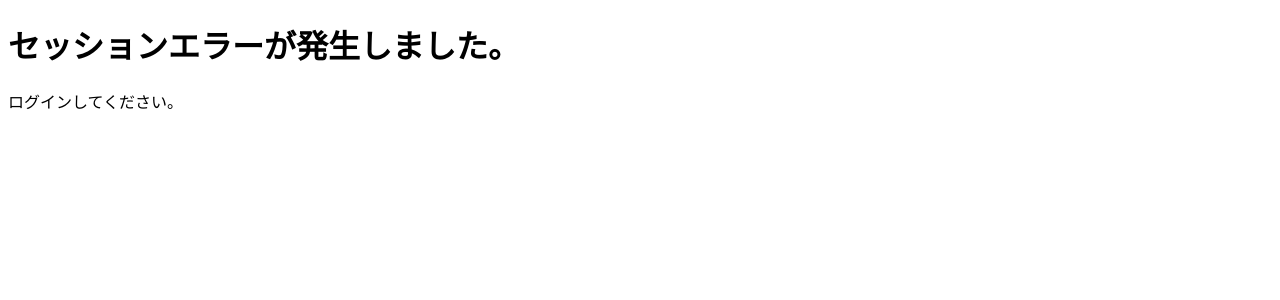
Repository: Take-01/frinob
Page: http://localhost/tktest/sessionError.jsp
The author's editor kept a copy of each file at every save. The page is drawn from the files as they stood at one save, then again after the next save.
The browser window is 1280 px wide. The pictures show the whole page.
The page is served by Tomcat 9. Other server files are loaded and not shown.

Above is the page before, as saved 2019-05-30 02:16:02.

### tktest/WebContent/sessionError.jsp
<%@ page language="java" contentType="text/html; charset=UTF-8"
    pageEncoding="UTF-8"%>
<%@ taglib prefix="s" uri="/struts-tags" %>

<!DOCTYPE html>
<html lang="ja">
<head>
	<meta charset="UTF-8">
	<title>セッションエラー</title>
</head>

<body>
	<h1>セッションエラーが発生しました。</h1>
	<p>ログインしてください。</p>
</body>
</html>

After the next save:
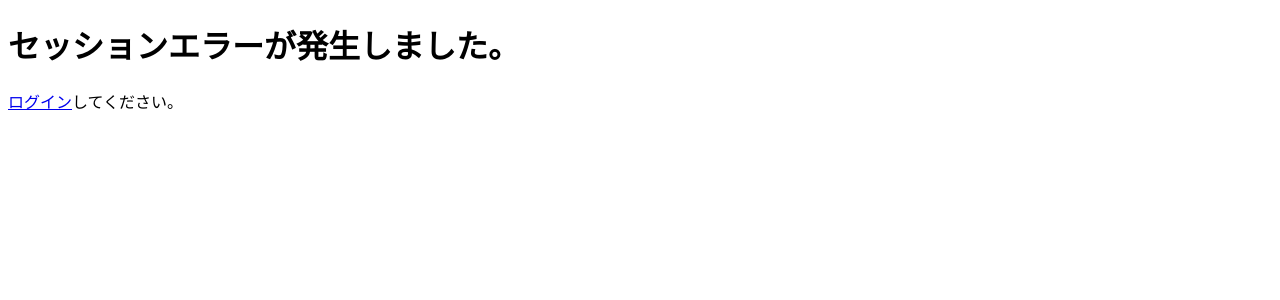
Saved 2 min 4 s later.
--- a/tktest/WebContent/sessionError.jsp
+++ b/tktest/WebContent/sessionError.jsp
@@ -11,6 +11,6 @@
 
 <body>
 	<h1>セッションエラーが発生しました。</h1>
-	<p>ログインしてください。</p>
+	<p><a href='<s:url action="GoLoginAction"/>'>ログイン</a>してください。</p>
 </body>
 </html>
